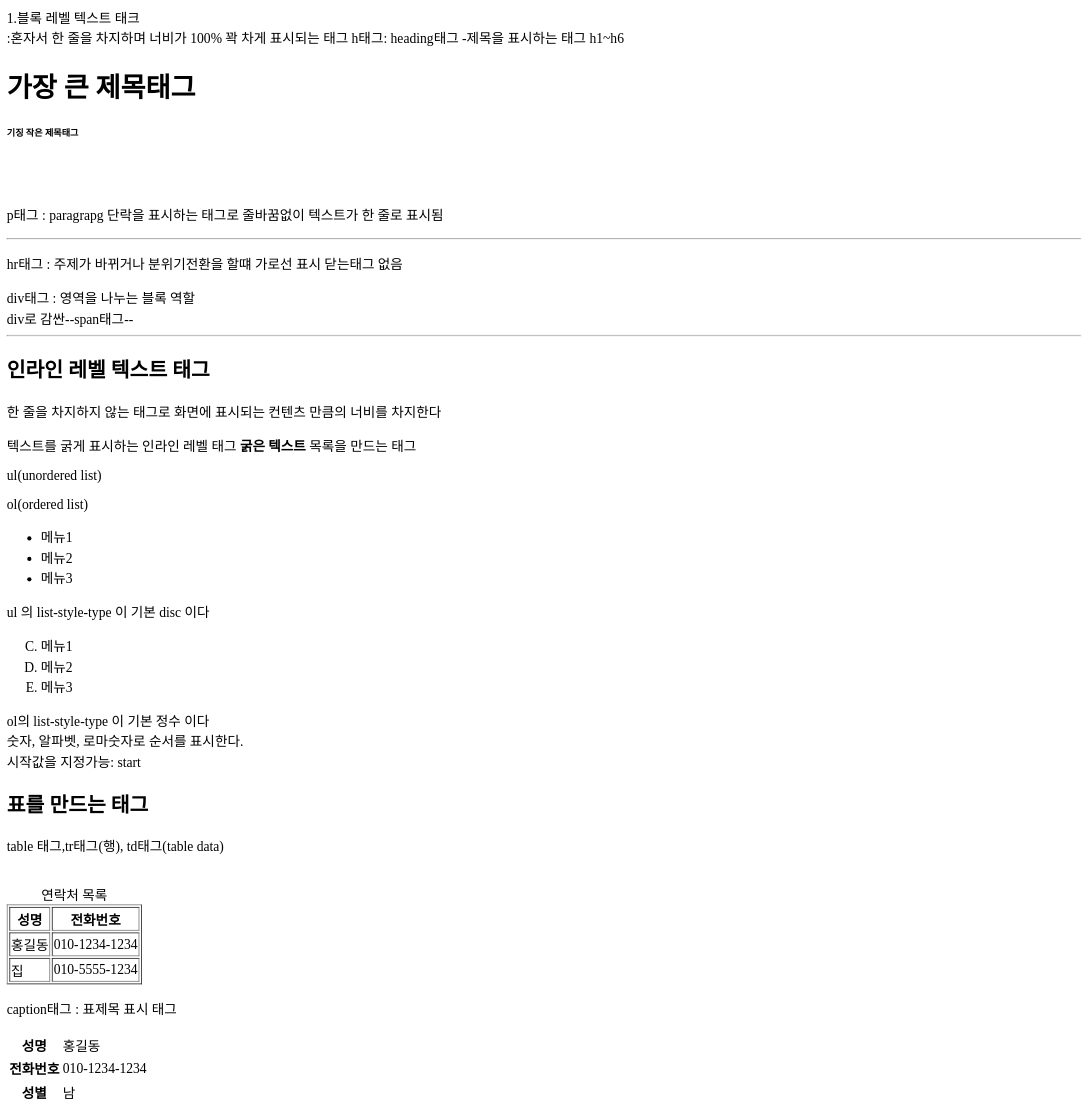
Repository: hana825/Web
Page: web/WebContent/index.html
The author's editor kept a copy of each file at every save. The page is drawn from the files as they stood at one save, then again after the next save.
The browser window is 1280 px wide. The pictures show the whole page, at 85% of full size.

Above is the page before, as saved 2022-03-17 06:09:06.

### web/WebContent/index.html
<!DOCTYPE html>
<html>
<head>
<meta charset="UTF-8">
<title>Insert title here</title>
</head>
<body>
1.블록 레벨 텍스트 태크<br>
:혼자서 한 줄을 차지하며 너비가 100% 꽉 차게 표시되는 태그

h태그: heading태그 -제목을 표시하는 태그 h1~h6
<h1>가장 큰 제목태그</h1>
<h6>기징 작은 제목태그</h6>
<br><br>
<p>
p태그 : paragrapg 단락을 표시하는 태그로
줄바꿈없이 텍스트가 한 줄로 표시됨
</p>
<hr>

<p>
hr태그 : 주제가 바뀌거나 분위기전환을 할떄 가로선 표시
닫는태그 없음
</p>
<div>
div태그 : 영역을 나누는 블록 역할
</div>

<div> div로 감싼<span>--span태그--</span>
</div>


<hr>

<h2>인라인 레벨 텍스트 태그</h2>
<p> 한 줄을 차지하지 않는 태그로 화면에 표시되는 컨텐츠 만큼의 너비를 차지한다
</p>
<!-- 실행에서 제외하고자 하는 코드는 주석처리 -->
텍스트를 굵게 표시하는 인라인 레벨 태그
<strong>굵은 텍스트
</strong>
목록을 만드는 태그
<p>ul(unordered list)</p>
<p>ol(ordered list)</p>
<ul>
	<li>메뉴1</li>
	<li>메뉴2</li>
	<li>메뉴3</li>
</ul>
<p>ul 의 list-style-type 이 기본 disc 이다</p>
<ol start='3' type="A">
	<li>메뉴1</li>
	<li>메뉴2</li>
	<li>메뉴3</li>
</ol>
<p>ol의 list-style-type 이 기본 정수 이다<br>
   숫자, 알파벳, 로마숫자로 순서를 표시한다.<br>
   시작값을 지정가능: start<br>
</p>

<h2>표를 만드는 태그</h2>
<p>table 태그,tr태그(행), td태그(table data)</p><br>

<table border='1'>
	<caption>연락처 목록</caption>
	<tr><th>성명</th><th>전화번호</th></tr>
	<tr><td>홍길동</td><td>010-1234-1234</td></tr>
	<tr><td>집</td><td>010-5555-1234</td></tr>
</table>

<p> caption태그 : 표제목 표시 태그
</p>

<table>
	<tr><th>성명</th>
		<td>홍길동</td>
	</tr>
		<tr><th>전화번호</th>
		<td>010-1234-1234</td>
	</tr>
		<tr><th>성별</th>
		<td>남</td>
	</tr>
</table>













</body>
</html>

After the next save:
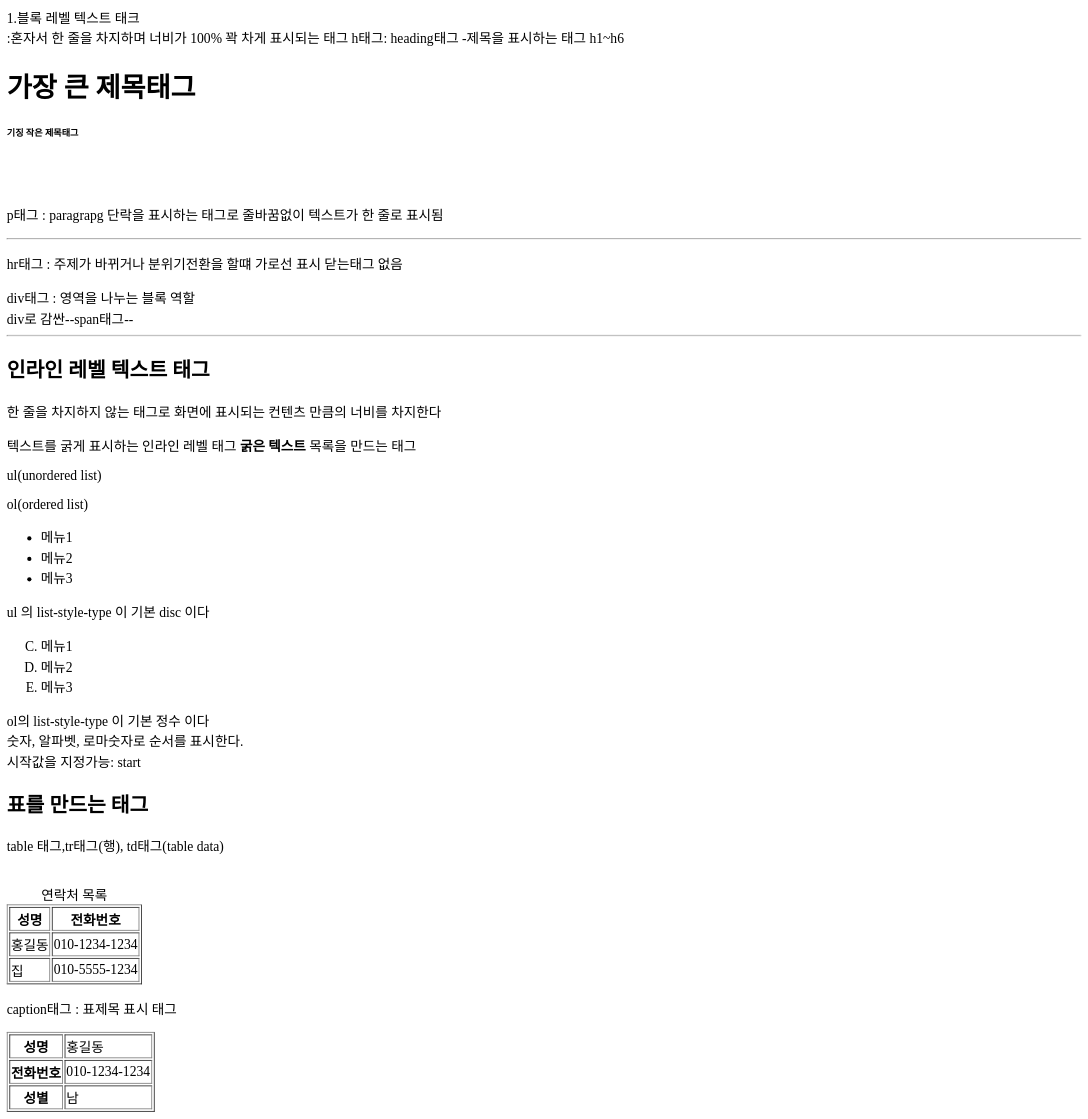
Saved 17 s later.
--- a/web/WebContent/index.html
+++ b/web/WebContent/index.html
@@ -71,7 +71,7 @@ div태그 : 영역을 나누는 블록 역할
 <p> caption태그 : 표제목 표시 태그
 </p>
 
-<table>
+<table  border='1'>
 	<tr><th>성명</th>
 		<td>홍길동</td>
 	</tr>
